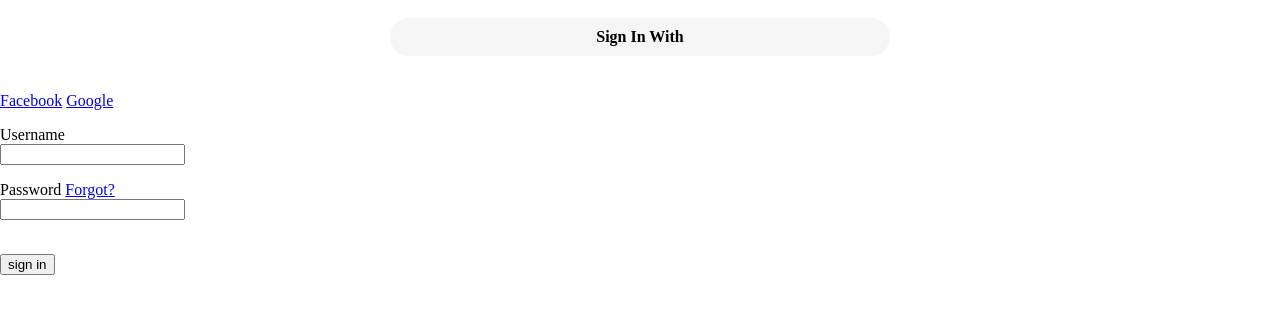
Repository: Tobby004/bdc-assignment-2
Page: index.html
The author's editor kept a copy of each file at every save. The page is drawn from the files as they stood at one save, then again after the next save.
The browser window is 1280 px wide. The pictures show the whole page.

Above is the page before, as saved 2023-02-11 03:26:39.

After the next save:
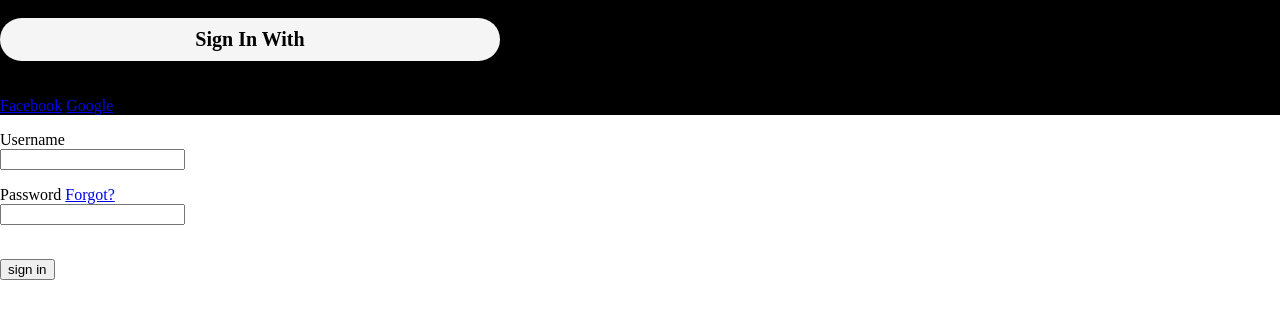
Saved 8 min 52 s later.
--- a/index.html
+++ b/index.html
@@ -24,6 +24,7 @@
             </div>
         </header>
 
+        <div class="box"></div>
         <div class="form-input">
         <p>Username
             <br>
--- a/task.css
+++ b/task.css
@@ -6,12 +6,17 @@ header b {
     display: flex;
     padding: 10px;
     border-radius: 40px;
-    margin-right: auto;
-    margin-left: auto;
     max-width: 500px;
+    font-size: 20px;
     justify-content: center;
 }
 body {
     padding: 0;
     margin: 0;
 }
+.flex-container {
+    background-color: black;
+}
+.box{
+background-color: black;
+}
